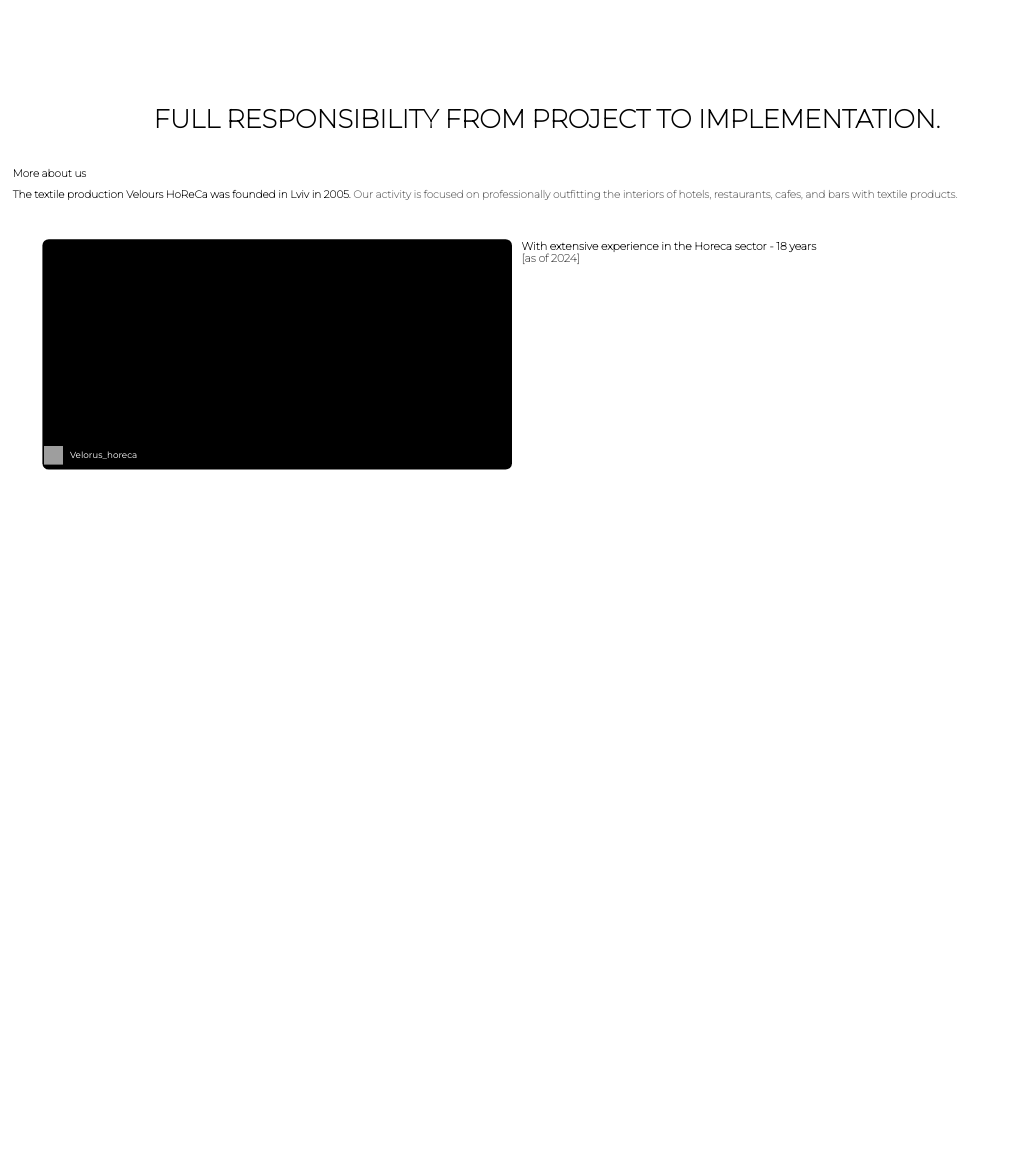
Repository: nikhilsinghrathore1/Shery_02
Page: /
These files come from the project's save history. The page is drawn as it stood at one moment and after the next save; the edit follows.
The browser window is 1280 px wide. The pictures show the part of the page from y = 2880 to 4320 px (the page is 4320 px tall), at 80% of full size.
Pictures or frames that could not be fetched are drawn as grey boxes. The project was rebuilt for these pictures with package versions that can differ from the ones it lists, and the page was loaded fresh each time. Also part of the build but not shown: vite.config.js.

Above is the page before, as saved 2024-07-18 02:34:57.

After the next save:
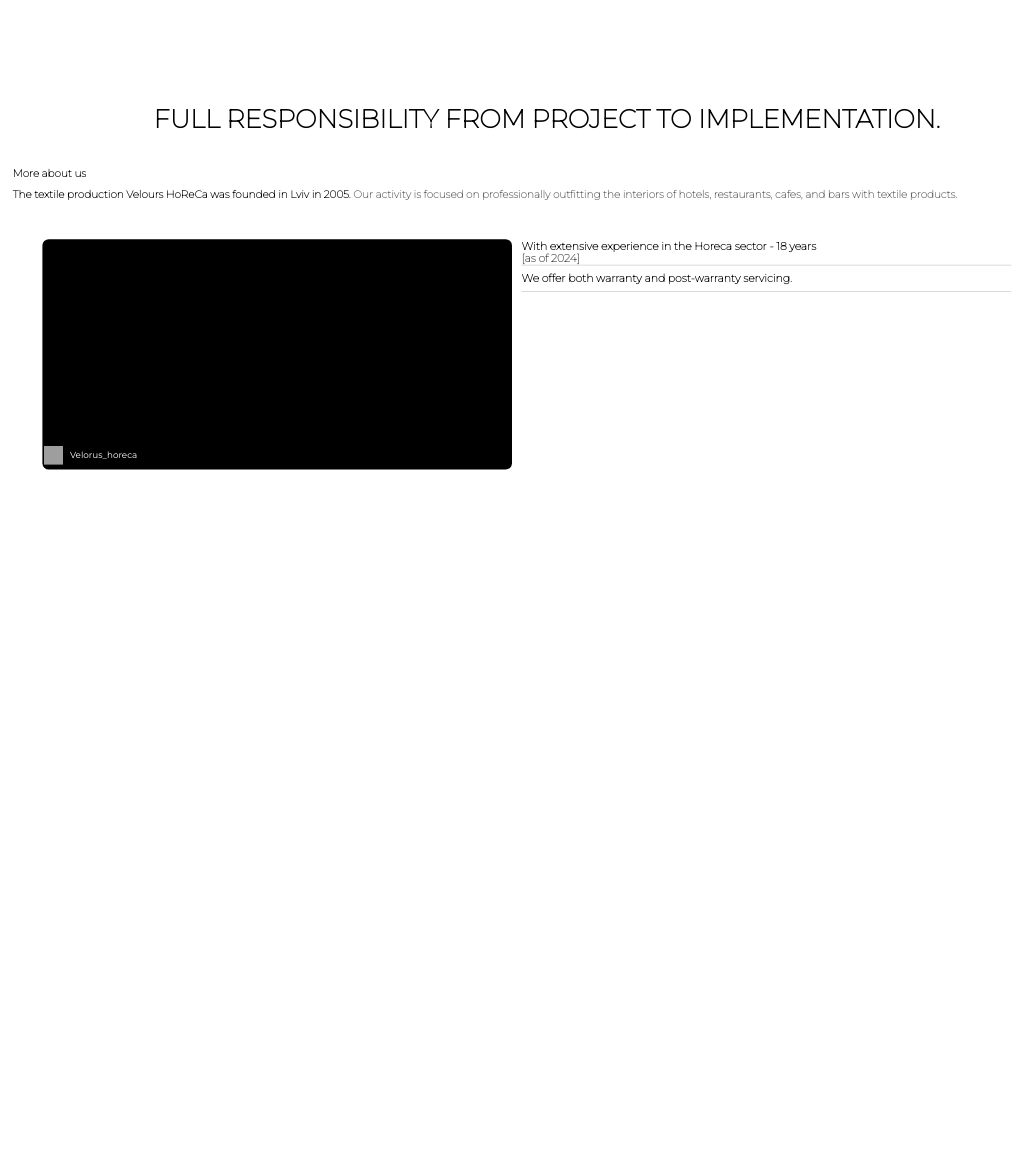
Saved 32 s later.
--- a/src/pages/Landing.jsx
+++ b/src/pages/Landing.jsx
@@ -38,8 +38,8 @@ const Landing = () => {
                                                                            <p>With extensive experience in the Horeca sector - 18 years </p>
                                                                            <p className='opacity-70'>[as of 2024]</p>
 
-                                                                           <div>
-                                                                                          <p></p>
+                                                                           <div className='border-y-[1px] border-black/20 py-2'>
+                                                                                          <p>We offer both warranty and post-warranty servicing.</p>
                                                                            </div>
                                                             </div>
 
